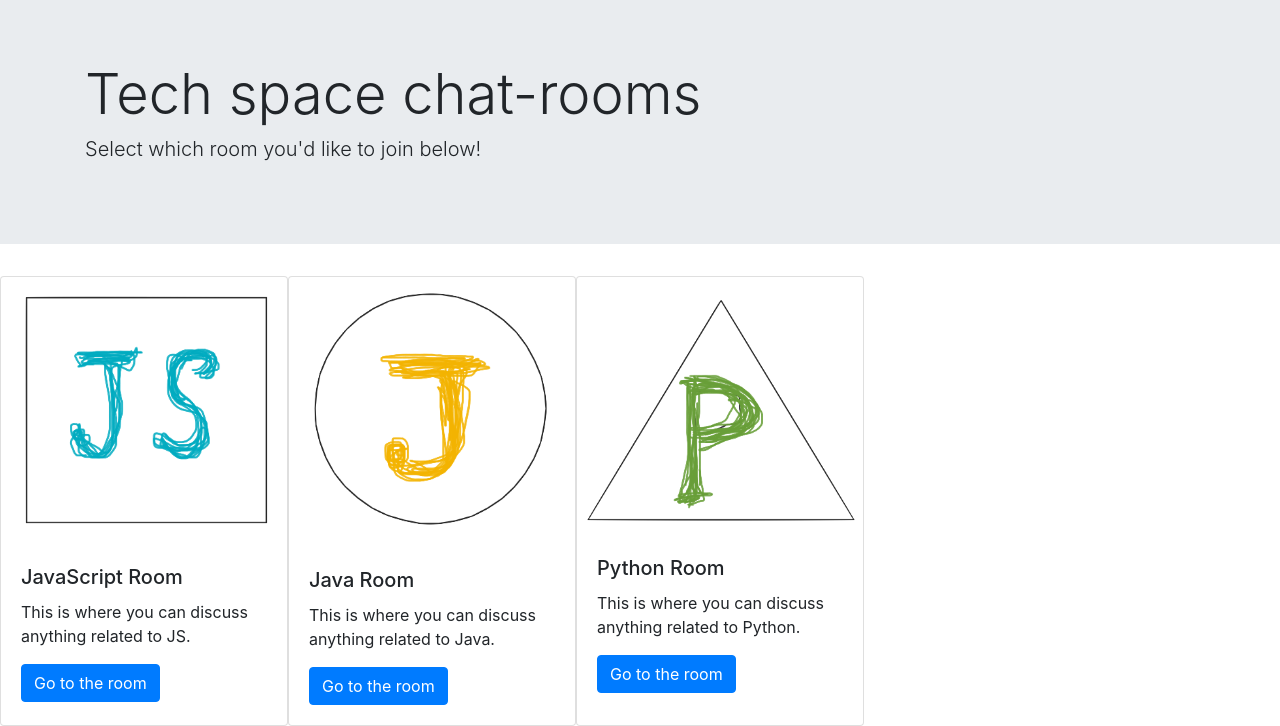
Repository: K-TT/ChatRoom
Page: public/index.html
These files come from the project's save history. The page is drawn as it stood at one moment and after the next save; the edit follows.
The browser window is 1280 px wide. The pictures show the whole page.
Some web libraries are served in a nearby version.

Above is the page before, as saved 2022-02-20 17:18:49.

After the next save:
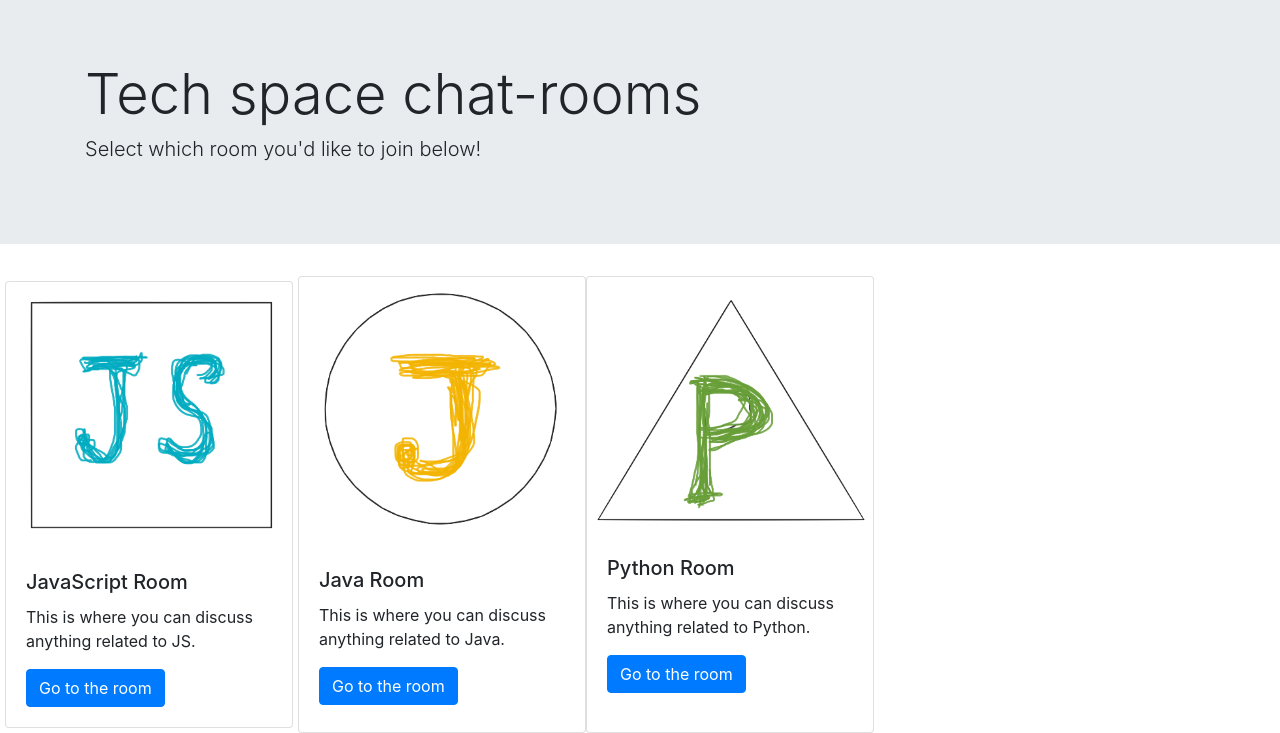
Saved 18 s later.
--- a/public/index.html
+++ b/public/index.html
@@ -17,7 +17,7 @@
         </div>
     </div>
     <div class="container-fluid row">
-        <div class="card" style="width: 18rem; margin: right 5px;">
+        <div class="card" style="width: 18rem; margin: 5px;">
             <img src="./images/javascript.png" class="card-img-top" alt="javascript">
             <div class="card-body">
                 <h5 class="card-title">JavaScript Room</h5>
